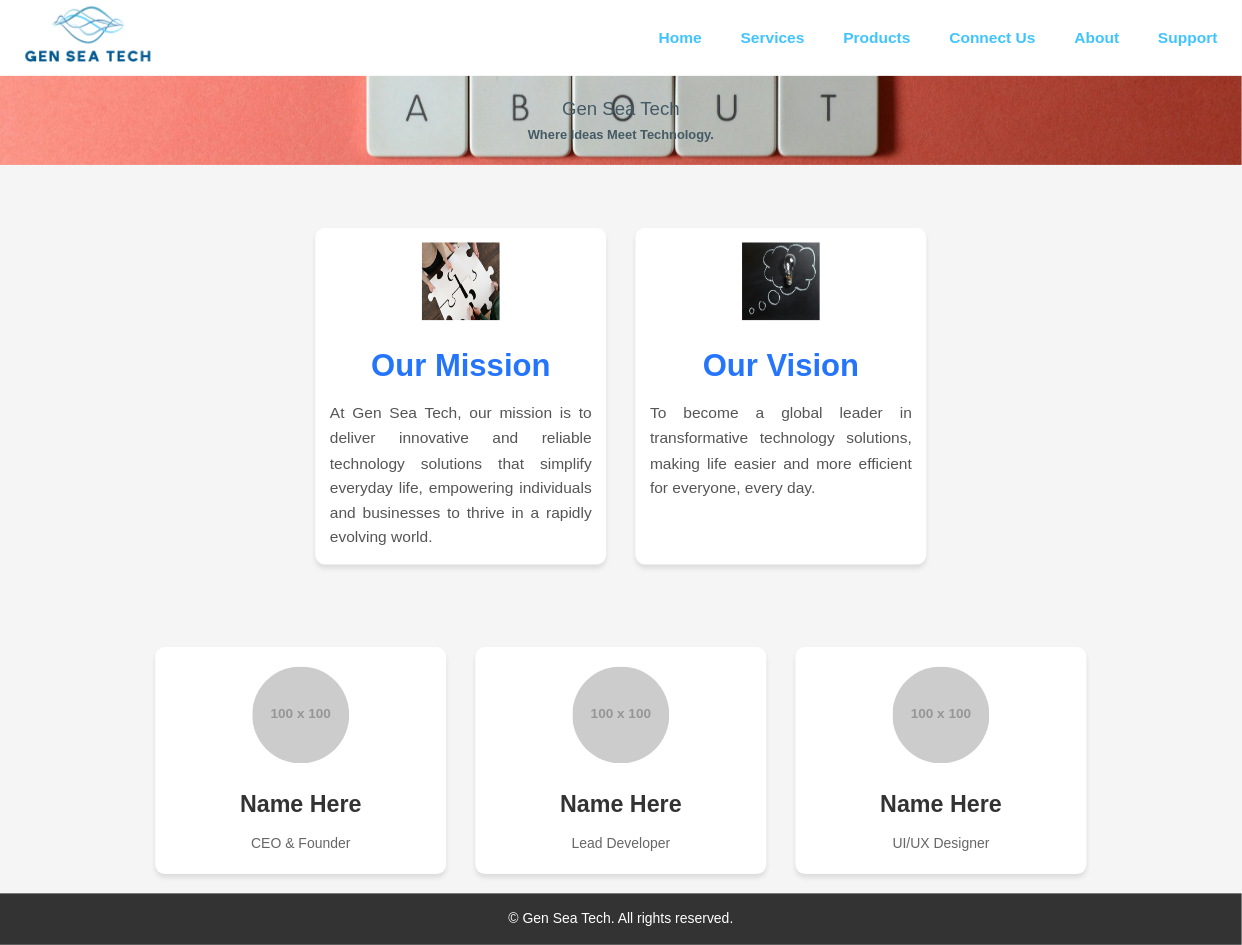
Repository: aniketkhatawkar/Gen_Sea_Tech
Page: http://localhost/GenSeaTech/about.jsp
An editor plug-in stored every save of this project. The page is shown before and after the next save, followed by the edit.
The browser window is 1280 px wide. The pictures show the whole page, at 97% of full size.
The page is served by Tomcat 10. Other server files are loaded and not shown.

Above is the page before, as saved 2024-12-14 12:05:13.

### GenSeaTech/src/main/webapp/about.jsp
<!DOCTYPE html>
<html lang="en">
<head>
<meta charset="UTF-8">
<meta name="viewport" content="width=device-width, initial-scale=1.0">
<title>About</title>
<link rel="icon" href="assets/logo.png" type="image/png" >
<style>
    * {
        margin: 0;
        padding: 0;
        box-sizing: border-box;
        font-family: 'Arial', sans-serif;
    }

    body {
        background-color: #f5f5f5;
        color: #333;
        overflow-x: hidden;
    }

    header {
	    background:  url("assets/about.jpg") no-repeat center center;
	    background-size: cover;
	    object-fit: cover;
		color: #455a64;
	    padding: 20px 10px;
	    text-align: center;
	}

    header h1 {
        font-size: 3rem;
        margin-bottom: 5px;
    }

    header p {
        font-size: 1.2rem;
    }

    .mission-vision-section {
        display: flex;
        flex-wrap: wrap;
        justify-content: center;
        gap: 30px;
        margin: 15px;
        padding: 50px;
    }

    .mission-vision-card {
        background: white;
        border-radius: 10px;
        box-shadow: 0 4px 6px rgba(0, 0, 0, 0.1);
        padding: 15px;
        text-align: center;
        width: 300px;
        transition: transform 0.3s ease, box-shadow 0.3s ease;
    }

    .mission-vision-card img {
        width: 80px;
        height: 80px;
        margin-bottom: 15px;
    }

    .mission-vision-card h2 {
        font-size: 2rem;
        color: #2575fc;
        margin-bottom: 10px;
    }

    .mission-vision-card p {
        font-size: 1rem;
        line-height: 1.6;
        color: #555;
        text-align: justify;
    }

    .about-section {
        display: flex;
        flex-wrap: wrap;
        justify-content: center;
        padding: 20px 10px;
        gap: 30px;
    }

    .about-card {
        background: white;
        border-radius: 10px;
        box-shadow: 0 4px 6px rgba(0, 0, 0, 0.1);
        padding: 20px;
        text-align: center;
        width: 300px;
        transition: transform 0.3s ease, box-shadow 0.3s ease;
    }

    .about-card:hover {
        transform: translateY(-10px);
        box-shadow: 0 8px 12px rgba(0, 0, 0, 0.2);
    }

    .about-card img {
        width: 100px;
        height: 100px;
        border-radius: 50%;
        margin-bottom: 15px;
    }

    .about-card h3 {
        margin-bottom: 10px;
        font-size: 1.5rem;
    }

    .about-card p {
        font-size: 0.9rem;
        color: #666;
    }

    @media (max-width: 768px) {
        header h1 {
            font-size: 2.5rem;
        }

        .mission-vision-card {
            width: 100%;
            max-width: 400px;
        }

        .about-card {
            width: 100%;
            max-width: 300px;
        }
    }
</style>
</head>
<body>
	<!-- NavBar -->
	<%@ include file="navbar.jsp" %>

    <header>
        <p>Gen Sea Tech</p>
        <h5>Where Ideas Meet Technology.</h5>
    </header>

    <section class="mission-vision-section">
        <div class="mission-vision-card">
            <img src="assets/mission.jpg" alt="Mission Icon">
            <h2>Our Mission</h2>
            <p>At Gen Sea Tech, our mission is to deliver innovative and reliable technology solutions that simplify everyday life, empowering individuals and businesses to thrive in a rapidly evolving world.</p>
        </div>

        <div class="mission-vision-card">
            <img src="assets/vision.jpg" alt="Vision Icon">
            <h2>Our Vision</h2>
            <p>To become a global leader in transformative technology solutions, making life easier and more efficient for everyone, every day.</p>
        </div>
    </section>

    <section class="about-section" id="team">
        <div class="about-card">
            <img src="https://via.placeholder.com/100" alt="Team Member">
            <h3>Name Here</h3>
            <p>CEO & Founder</p>
        </div>

        <div class="about-card">
            <img src="https://via.placeholder.com/100" alt="Team Member">
            <h3>Name Here</h3>
            <p>Lead Developer</p>
        </div>

        <div class="about-card">
            <img src="https://via.placeholder.com/100" alt="Team Member">
            <h3>Name Here</h3>
            <p>UI/UX Designer</p>
        </div>
    </section>

	<!-- Footer -->
    <%@ include file="footer.jsp" %>
</body>
</html>

### GenSeaTech/src/main/webapp/navbar.jsp
<%@ page language="java" contentType="text/html; charset=UTF-8"
    pageEncoding="UTF-8"%>
<!DOCTYPE html>
<html>
<head>
<meta charset="UTF-8">
<title>Gen Sea Tech</title>
<link rel="icon" href="assets/logo.png" type="image/png" >
<style>
* {
	margin: 0;
	padding: 0;
	box-sizing: border-box;
	font-family: Arial, sans-serif;
}

body {
	line-height: 1.6;
}
.navbar {
	background-color: #ffffff;
	color: #fff;
	padding: 5px 5px;
	display: flex;
	justify-content: space-between;
	align-items: center;
	position: relative;
}

.navbar a {
	color: #40c4ff;
	text-decoration: none;
	margin: 0 20px;
	font-weight: bold;
}

.navbar a:hover {
	color: #757575;
}

.links {
	display: flex;
}
@media (max-width: 768px) {
	.links {
		display: none;
		flex-direction: column;
		background-color: #333;
		position: absolute;
		top: 50px;
		right: 10px;
		width: 200px;
		border-radius: 5px;
		box-shadow: 0px 4px 6px rgba(0, 0, 0, 0.1);
	}

	.links a {
		margin: 10px 0;
		text-align: center;
	}

	.hamburger {
		display: flex;
	}

	.links.active {
		display: flex;
	}
}
</style>
</head>
<body>
	<div class="navbar">
		<div class="logo">
        <a href="home.jsp"><img src="assets/namelogo.png" alt="Gen Sea Tech Logo" style="height: 60px; margin-right: 10px;"></a>
    	</div>
		<div class="links">
			<a href="home.jsp">Home</a>
			<a href="services.jsp">Services</a>
			<a href="products.jsp">Products</a>
			<a href="connectus.jsp">Connect Us</a>
			<a href="about.jsp">About</a>
			<a href="#support.jsp">Support</a>
		</div>
	</div>
</body>
</html>

### GenSeaTech/src/main/webapp/footer.jsp
<%@ page language="java" contentType="text/html; charset=UTF-8"
    pageEncoding="UTF-8"%>
<!DOCTYPE html>
<html>

<head>

<style>
	footer {
        background-color: #333;
        color: white;
        text-align: center;
        padding: 15px;
        margin-top: 0px;
    }

    footer p {
        font-size: 0.9rem;
    }
</style>

	<meta charset="UTF-8">
	<title>Footer</title>
</head>

<body>
	<footer>
        <p>&copy; Gen Sea Tech. All rights reserved.</p>
    </footer>
</body>

</html>

After the next save:
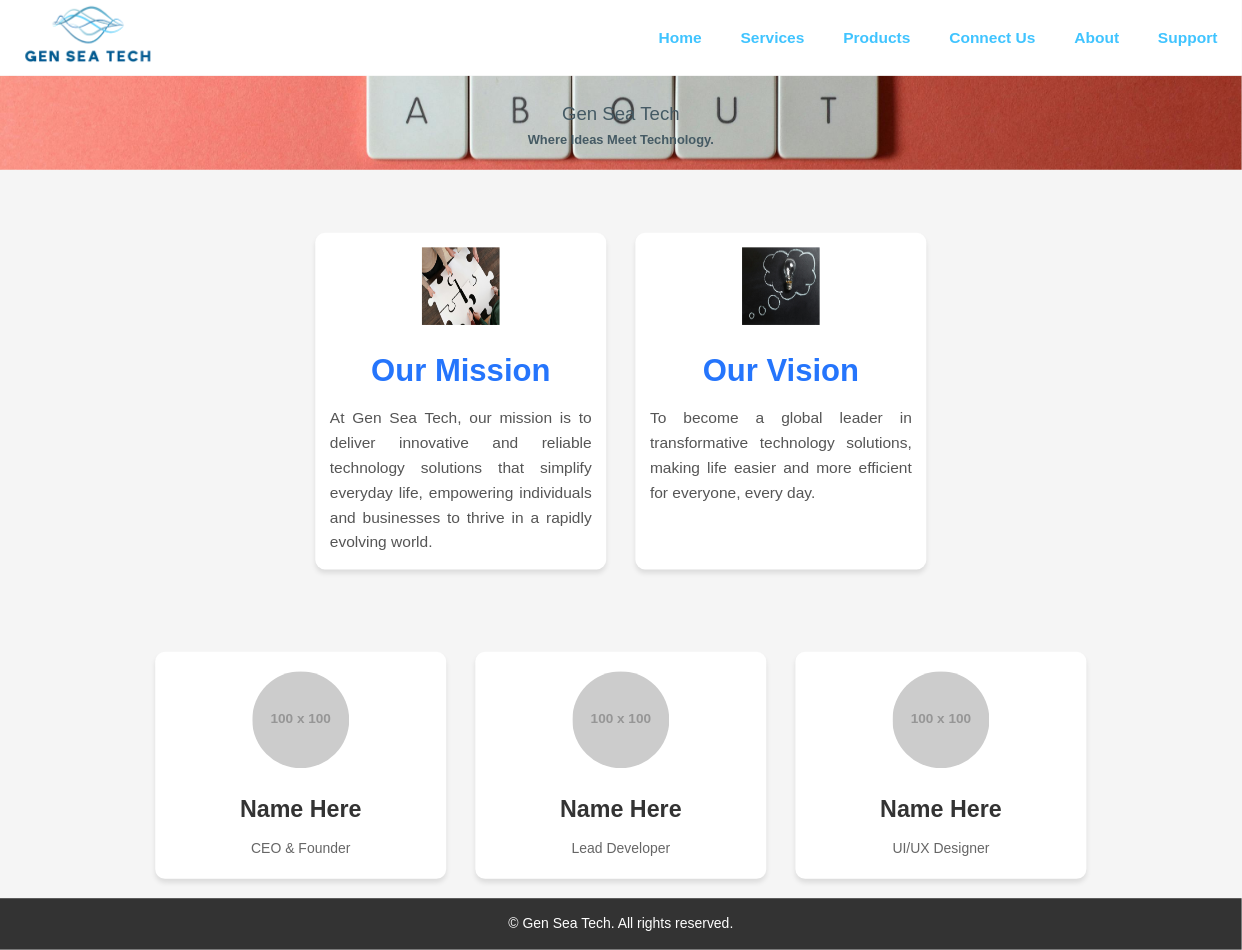
Saved 19 s later.
--- a/GenSeaTech/src/main/webapp/about.jsp
+++ b/GenSeaTech/src/main/webapp/about.jsp
@@ -137,6 +137,7 @@
 	<%@ include file="navbar.jsp" %>
 
     <header>
+        <h1> </h1>
         <p>Gen Sea Tech</p>
         <h5>Where Ideas Meet Technology.</h5>
     </header>
